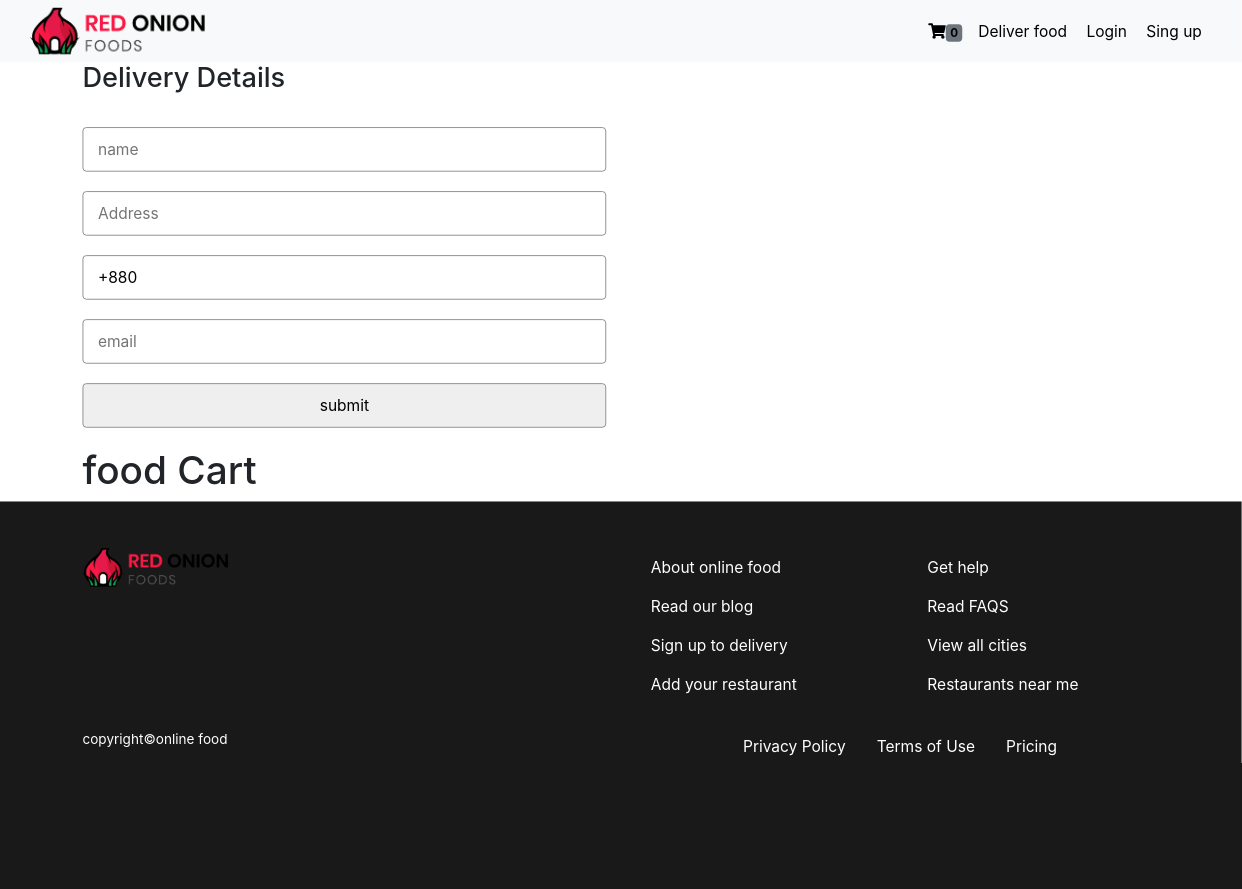
Repository: arif286/red-onion-client
Page: /cart
An editor plug-in stored every save of this project. The page is shown before and after the next save, followed by the edit.
The browser window is 1280 px wide. The pictures show the whole page, at 97% of full size.
The project was rebuilt for these pictures with package versions that can differ from the ones it lists, and the page was loaded fresh each time. Some packages were replaced by stand-ins written for this rebuild. Also part of the build but not shown: src/App.css, src/components/SearchBar/SearchBar.css, src/components/SearchBar/SearchBar.js, src/components/FoodDetails/FoodDetail.css, src/components/FoodDetails/FoodDetail.js, src/components/DeliveryFood/DeliveryFood.js, src/components/Food/Food.css, src/components/Food/FoodItem.js and 9 more.

Above is the page before, as saved 2021-03-30 16:13:01.

After the next save:
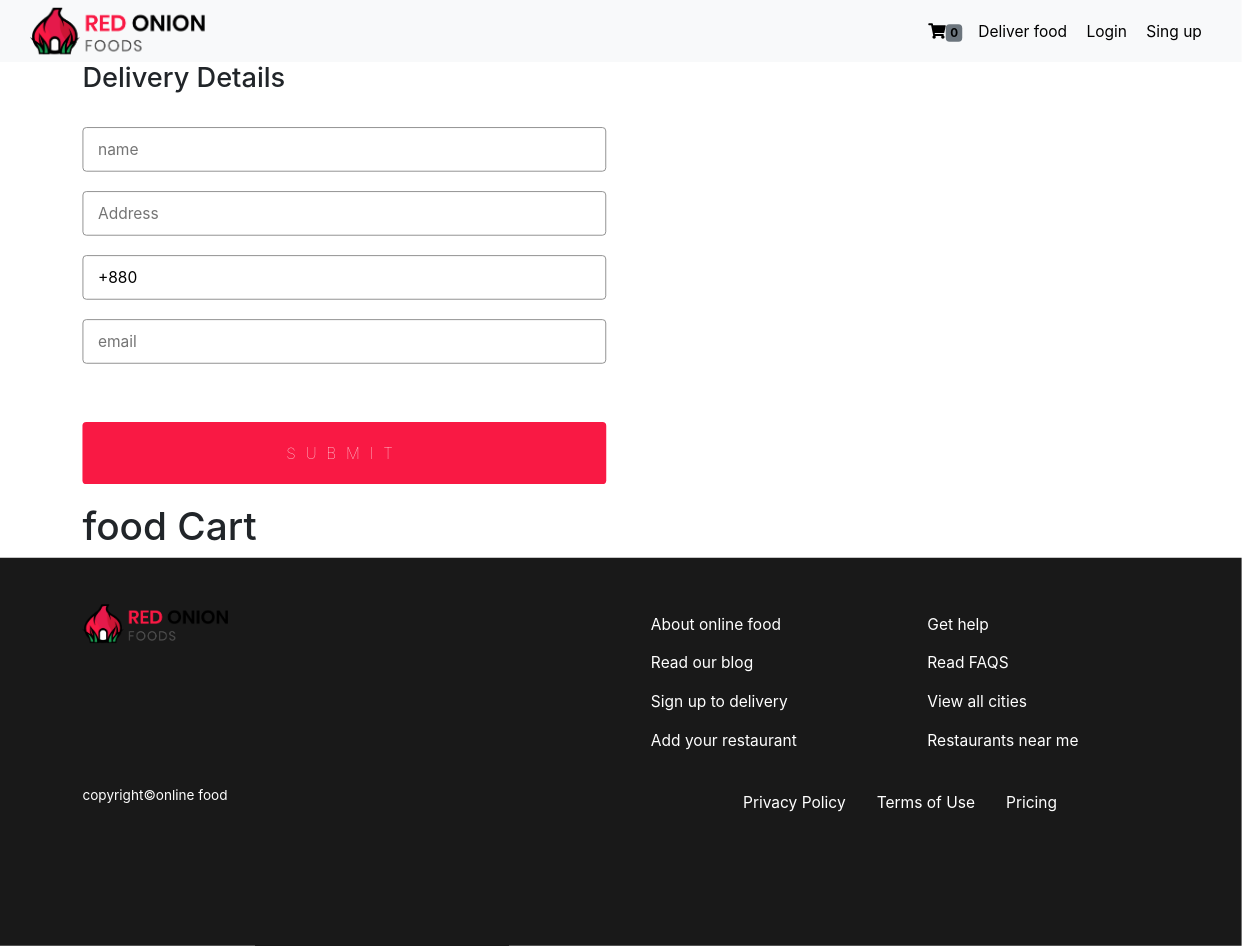
Saved 4 min 7 s later.
--- a/src/components/Cart/Cart.css
+++ b/src/components/Cart/Cart.css
@@ -20,3 +20,21 @@
   display: inline;
   content: "⚠ ";
 }
+
+button[type="submit"],
+.delivery-form input[type="submit"] {
+  background: #f91944;
+  color: white;
+  text-transform: uppercase;
+  border: none;
+  margin-top: 40px;
+  padding: 20px;
+  font-size: 16px;
+  font-weight: 100;
+  letter-spacing: 10px;
+}
+
+button[type="submit"]:hover,
+.delivery-form input[type="submit"]:hover {
+  background: #d42864;
+}
